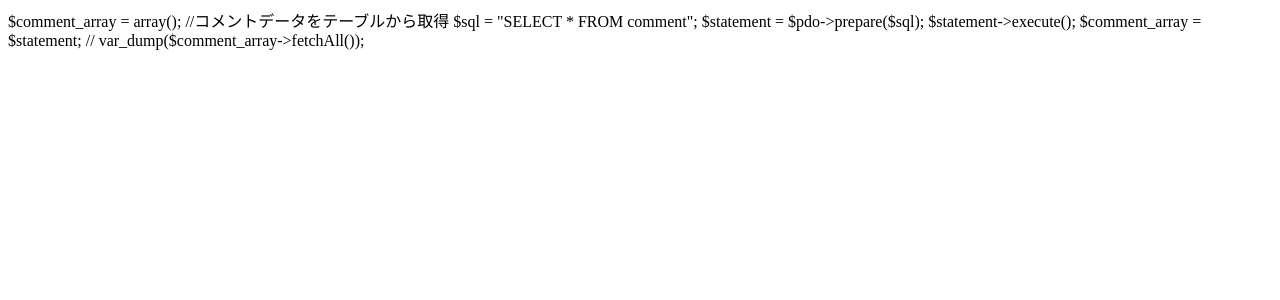
Repository: daidai0602/mba_portal
Page: http://localhost/app/functions/comment_get.php
An editor plug-in stored every save of this project. The page is shown before and after the next save, followed by the edit.
The browser window is 1280 px wide. The pictures show the whole page.
The page is run by PHP 8.4 with error messages shown; the project is at /var/www/html/.

Above is the page before, as saved 2023-11-26 23:24:39.

### app/functions/comment_get.php

$comment_array = array();

//コメントデータをテーブルから取得
$sql = "SELECT * FROM comment";
$statement = $pdo->prepare($sql);
$statement->execute();

$comment_array = $statement;
// var_dump($comment_array->fetchAll());

After the next save:
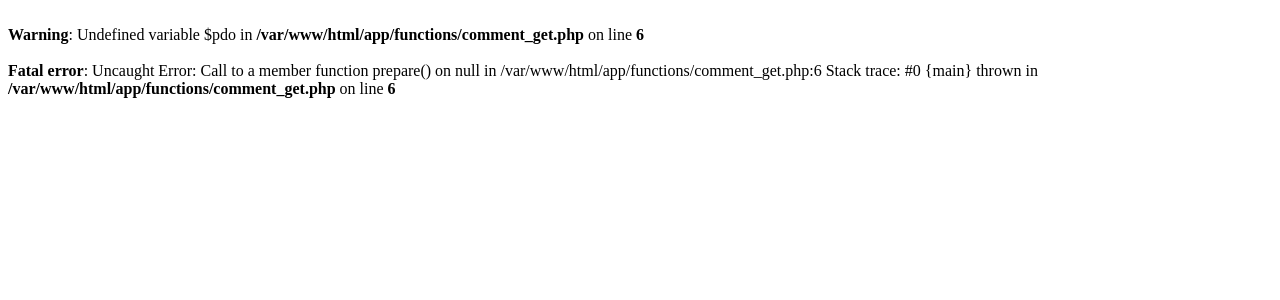
Saved 17 s later.
--- a/app/functions/comment_get.php
+++ b/app/functions/comment_get.php
@@ -1,4 +1,4 @@
-
+<?php
 $comment_array = array();
 
 //コメントデータをテーブルから取得
